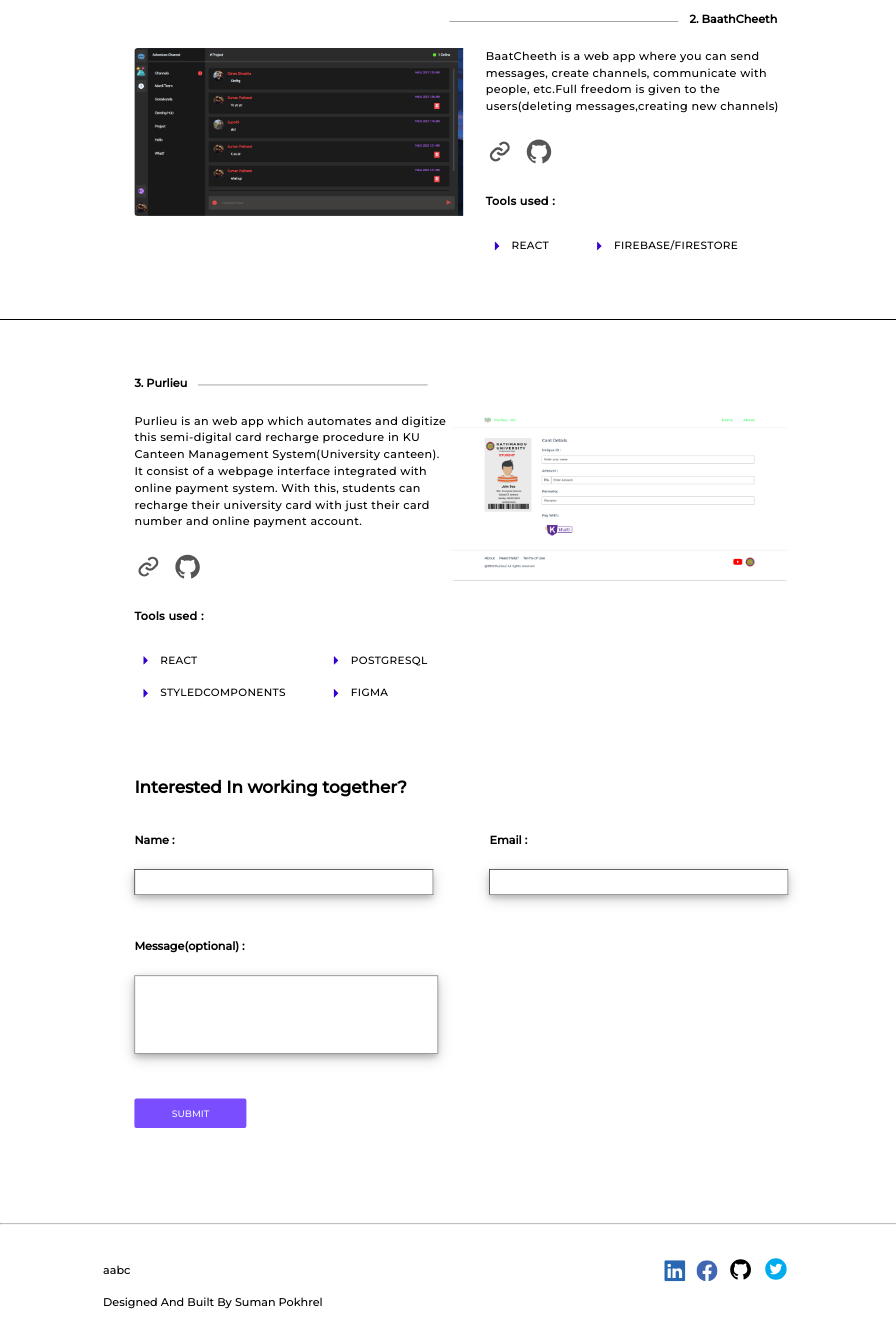
Repository: iamsumanp/portfolio
Page: /
An editor plug-in stored every save of this project. The page is shown before and after the next save, followed by the edit.
The browser window is 1280 px wide. The pictures show the part of the page from y = 2449 to 4369 px (the page is 4369 px tall), at 70% of full size.
The project was rebuilt for these pictures with package versions that can differ from the ones it lists, and the page was loaded fresh each time.

Above is the page before, as saved 2022-07-11 15:09:32.

After the next save:
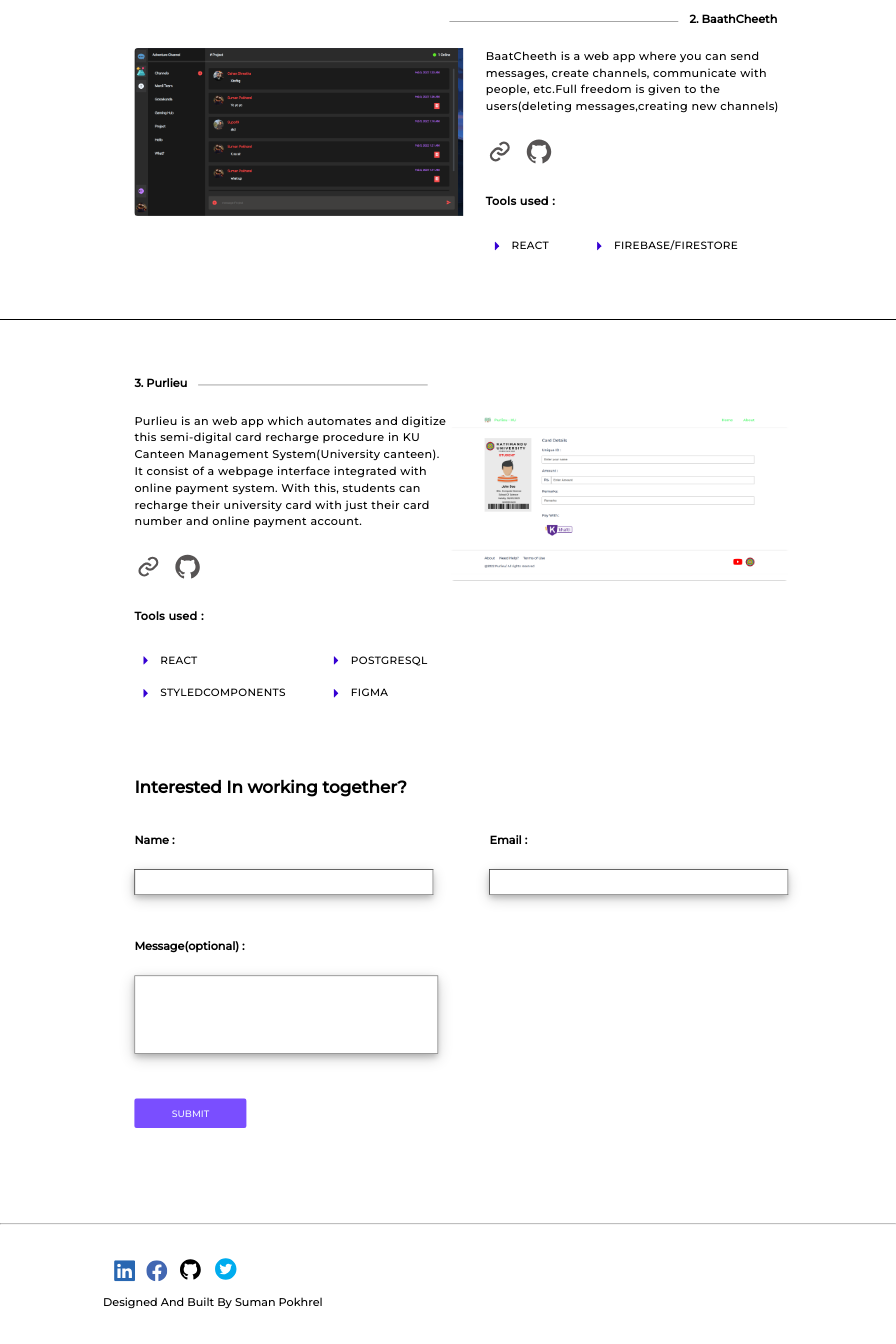
Saved 10 min 26 s later.
--- a/src/Components/Footer.tsx
+++ b/src/Components/Footer.tsx
@@ -7,7 +7,7 @@ export const Footer = () => {
     <div className="footerSection">
       <div className="footerContainer">
         <div className="socialMediaAndQuote">
-          <span>aabc</span>
+          {/* <span>aabc</span> */}
           <div className="socialMedia">
             <a
               href="https://www.linkedin.com/in/suman-pokharel-2a4b61206/"
